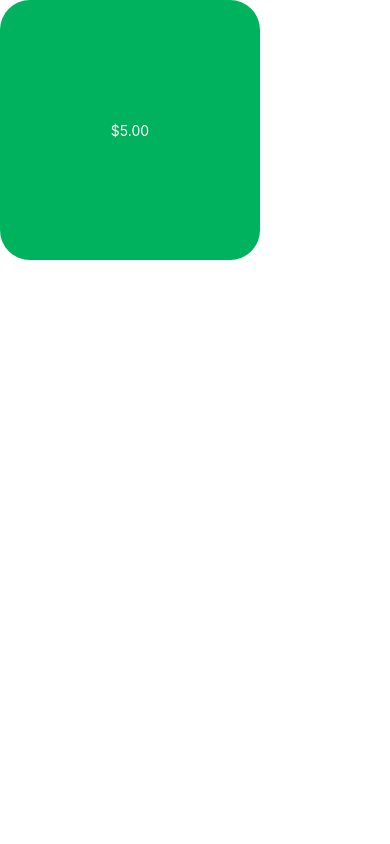
Repository: CodeBunny786/React-Native-Reveal-Animation
Screen: /
These files come from the project's save history. The screen is drawn as it stood at one moment and after a run of saves; the edit follows.
The app was drawn by React Native's web renderer in a window 390 px wide. The project was rebuilt for these pictures with package versions that can differ from the ones it lists, and the page was loaded fresh each time.

Above is the screen before, as saved 2019-10-28 11:49:42.

After the next 2 saves:
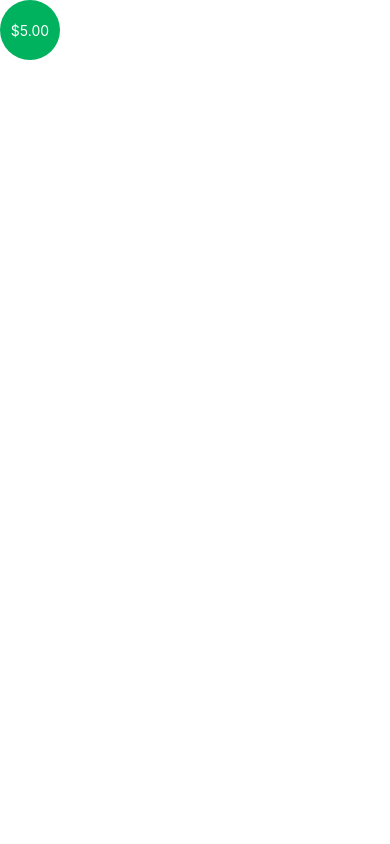
The 2 saves are shown as one change because they came seconds apart.
The last was saved 8 s later.
--- a/App.js
+++ b/App.js
@@ -65,8 +65,8 @@ const styles = StyleSheet.create({
     borderRadius: 30,
   },
   button: {
-     width: 260,
-     height: 260,
+     width: 60,
+     height: 60,
     alignItems: "center",
     justifyContent: "center",
     shadowColor: "#333",
